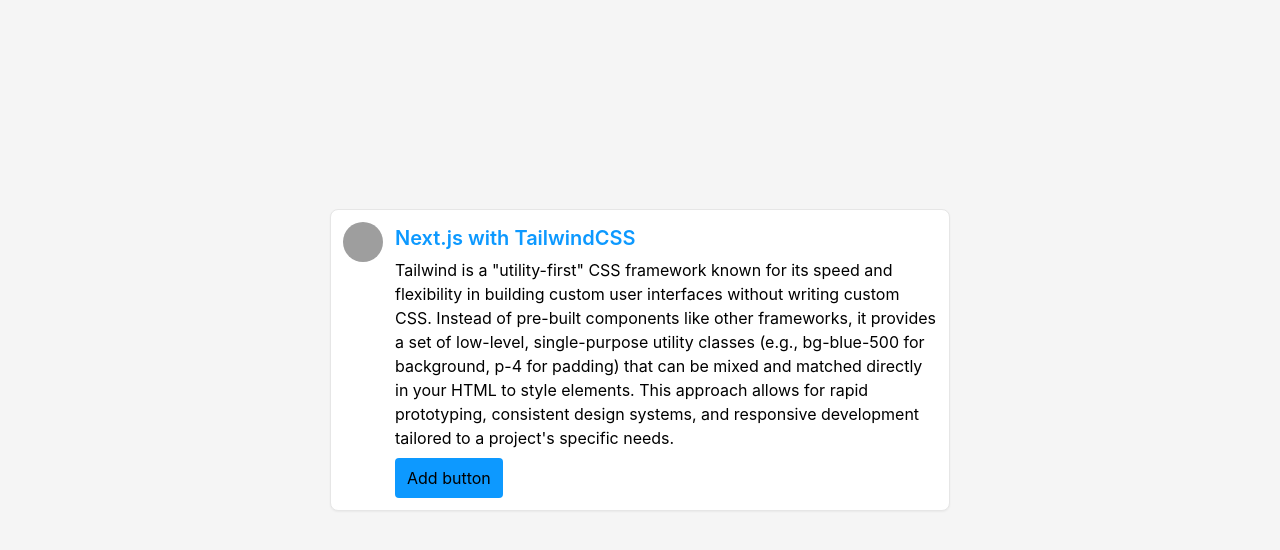
Repository: vignesh33654/resizablesidebar
Page: /
An editor plug-in stored every save of this project. The page is shown before and after the next save, followed by the edit.
The browser window is 1280 px wide. The pictures show the whole page.
The project was rebuilt for these pictures with package versions that can differ from the ones it lists, and the page was loaded fresh each time.

Above is the page before, as saved 2025-11-11 10:07:03.

After the next save:
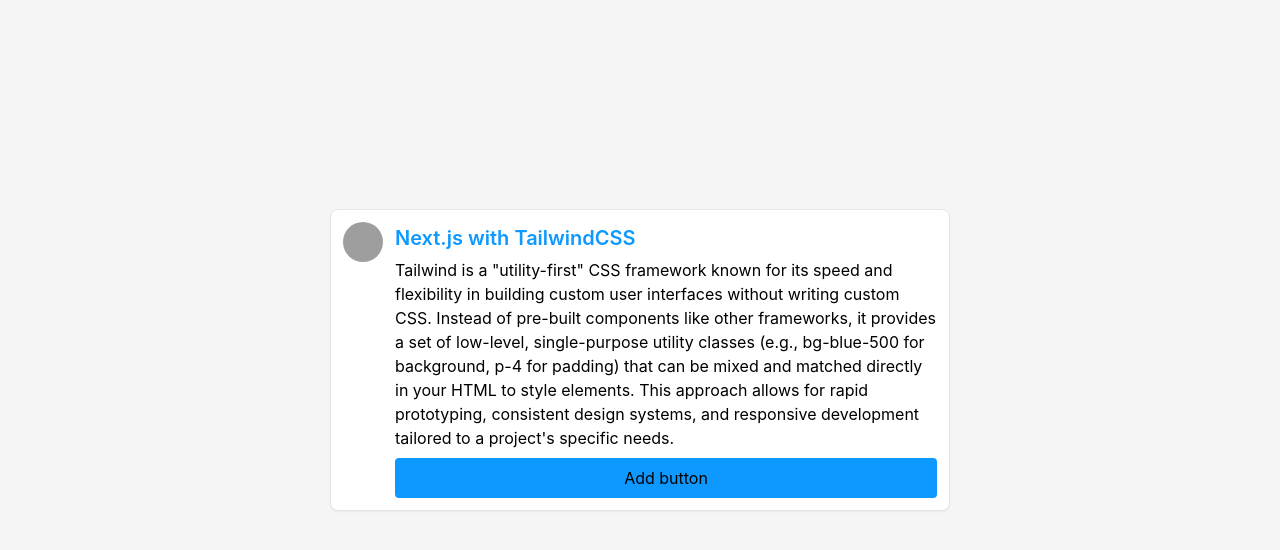
Saved 12 s later.
--- a/src/App.tsx
+++ b/src/App.tsx
@@ -23,7 +23,7 @@
             Tailwind is a "utility-first" CSS framework known for its speed and flexibility in building custom user interfaces without writing custom CSS. Instead of pre-built components like other frameworks, it provides a set of low-level, single-purpose utility classes (e.g., bg-blue-500 for background, p-4 for padding) that can be mixed and matched directly in your HTML to style elements. This approach allows for rapid prototyping, consistent design systems, and responsive development tailored to a project's specific needs.
           </p>
 
-          <button className="bg-color-primary text-color-white px-3 py-2 rounded text-font-size-body-14 leading-line-height-body font-normal mt-1 self-start hover:opacity-90 transition-opacity">
+          <button className="bg-color-primary text-color-white px-3 py-2 rounded text-font-size-body-14 leading-line-height-body font-normal mt-1 s">
           Add button
           </button>
         </div>
